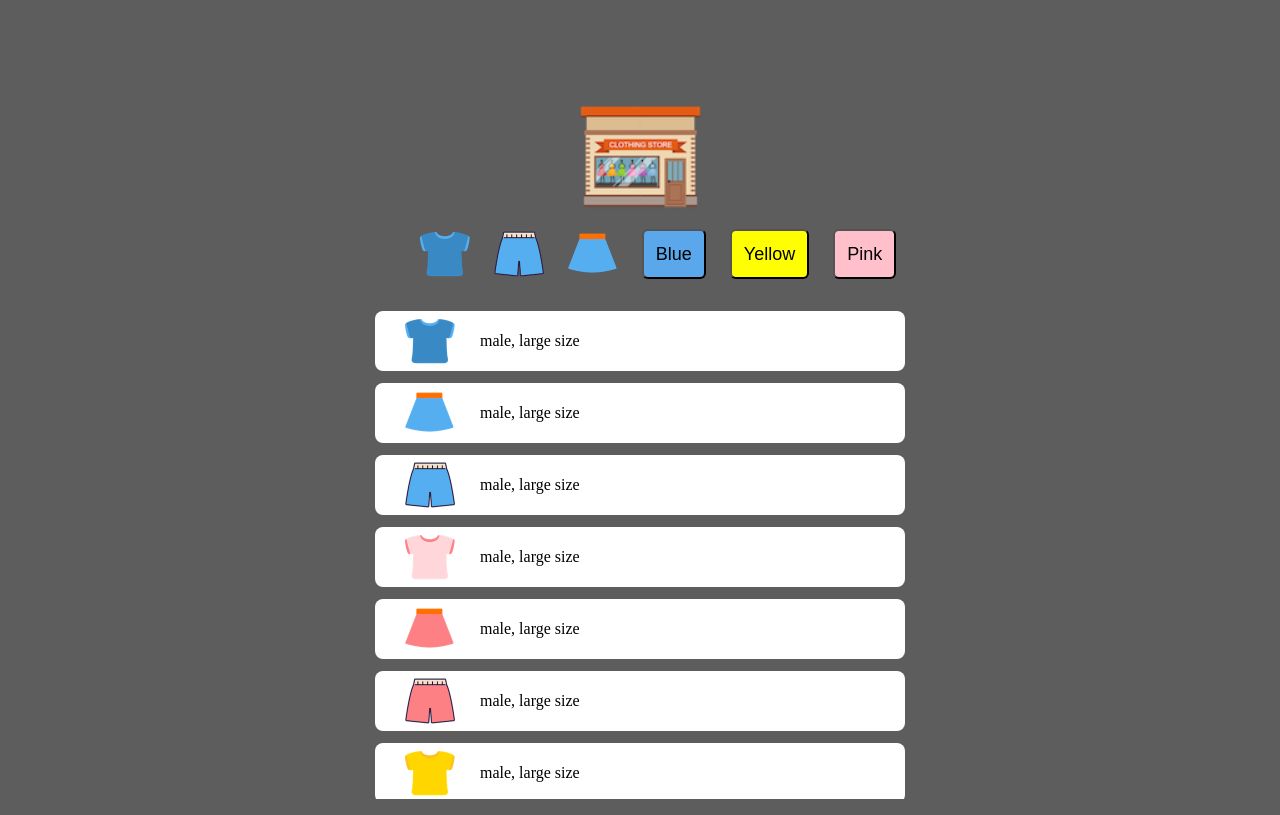
Repository: keehoonjung/Shoppingmall-Game
Page: index.html
These files come from the project's save history. The page is drawn as it stood at one moment and after the next save; the edit follows.
The browser window is 1280 px wide. The pictures show the whole page.
An inner scrolling area shows only its first screen.

Above is the page before, as saved 2021-08-12 19:10:07.

### index.html
<!DOCTYPE html>
<html lang="en">
<head>
    <meta charset="UTF-8">
    <meta http-equiv="X-UA-Compatible" content="IE=edge">
    <meta name="viewport" content="width=device-width, initial-scale=1.0">
    <title>Shoppingamll Game</title>
    <link rel="stylesheet" href="style.css">
    <script src="main.js" defer></script>
</head>
<body>
    <header>
        <img src="./imgs/logo.png" alt="header" class="header__logo">
    </header>
    <ul class="filter">
        <li class="filter__btn">
            <img src="./imgs/blue_t.png" alt="shirt" class="shirt">
        </li>
        <li class="filter__btn">
            <img src="./imgs/blue_p.png" alt="pants" class="pants">
        </li>
        <li class="filter__btn">
            <img src="./imgs/blue_s.png" alt="" class="skirt">
        </li>
        <li class="filter__btn">
            <button class="blue">
                Blue
            </button>
        </li>
        <li class="filter__btn">
            <button class="yellow">
                Yellow
            </button>
        </li>
        <li class="filter__btn">
            <button class="pink">
                Pink
            </button>
        </li>
    </ul>
    <ul class="items">
        <li class="item visible" data-type="shirt" data-color="blue">
            <img src="./imgs/blue_t.png" alt="blueshirt">
            <span>male, large size</span>
        </li>
        <li class="item visible" data-type="skirt" data-color="blue">
            <img src="./imgs/blue_s.png" alt="blueshirt">
            <span>male, large size</span>
        </li>
        <li class="item visible" data-type="pants" data-color="blue">
            <img src="./imgs/blue_p.png" alt="blueshirt">
            <span>male, large size</span>
        </li>
        <li class="item visible" data-type="shirt" data-color="pink">
            <img src="./imgs/pink_t.png" alt="blueshirt">
            <span>male, large size</span>
        </li>
        <li class="item visible" data-type="skirt" data-color="pink">
            <img src="./imgs/pink_s.png" alt="blueshirt">
            <span>male, large size</span>
        </li>
        <li class="item visible" data-type="pants" data-color="pink">
            <img src="./imgs/pink_p.png" alt="blueshirt">
            <span>male, large size</span>
        </li>
        <li class="item visible" data-type="shirt" data-color="yellow">
            <img src="./imgs/yellow_t.png" alt="blueshirt">
            <span>male, large size</span>
        </li>
        <li class="item visible" data-type="skirt" data-color="yellow">
            <img src="./imgs/yellow_s.png" alt="blueshirt">
            <span>male, large size</span>
        </li>
        <li class="item visible" data-type="pants" data-color="yellow">
            <img src="./imgs/yellow_p.png" alt="blueshirt">
            <span>male, large size</span>
        </li>
        <li class="item visible" data-type="shirt" data-color="yellow">
            <img src="./imgs/yellow_t.png" alt="blueshirt">
            <span>male, large size</span>
        </li>
        <li class="item visible" data-type="skirt" data-color="yellow">
            <img src="./imgs/yellow_s.png" alt="blueshirt">
            <span>male, large size</span>
        </li>
        <li class="item visible" data-type="pants" data-color="yellow">
            <img src="./imgs/yellow_p.png" alt="blueshirt">
            <span>male, large size</span>
        </li>
        <li class="item visible" data-type="shirt" data-color="yellow">
            <img src="./imgs/yellow_t.png" alt="blueshirt">
            <span>male, large size</span>
        </li>
        <li class="item visible" data-type="skirt" data-color="yellow">
            <img src="./imgs/yellow_s.png" alt="blueshirt">
            <span>male, large size</span>
        </li>
        <li class="item visible" data-type="pants" data-color="yellow">
            <img src="./imgs/yellow_p.png" alt="blueshirt">
            <span>male, large size</span>
        </li>
    </ul>
</body>
</html>

### style.css
:root {
  /* color */
  --color-white: #ffffff;
  --color-dark-grey: #4d4d4d;
  --color-blue: #73aace;
  --color-orange: #feb546;
  --color-pink: #fd7bcc;

  /* fontsize */
  --font-size: 18px;

  /* animatione */
  --animation-duration: 300ms;

  /* basic space */
  --basic-space: 8px;

  /* border */
  --border-size: 8px;
}

body {
  background-color: rgb(94, 93, 93);
  text-align: center;
  margin: 0;
}

ul {
  list-style: none;
}

button {
  outline: none;
  border-radius: 6px;
  display: inline-block;
  height: 50px;
  padding: 8px 12px;
  font-size: 18px;
  cursor: pointer;
  transition: transform 300ms ease-in;
}

button:hover {
  transform: scale(1.1);
}

header {
  margin-top: 100px;
}

.header__logo {
  width: 125px;
  cursor: pointer;
  transition: transform 300ms ease-in;
}

.header__logo:hover {
  transform: scale(1.1);
}

.filter {
  display: flex;
  justify-content: center;
  margin: 0;
  padding: 0;
  padding-left: 60px;
}

.filter__btn {
  padding-right: 24px;
}

.filter__btn img {
  height: 50px;
  cursor: pointer;
  transition: transform 300ms ease-in;
}

.filter__btn img:hover {
  transform: scale(1.1);
}

.blue {
  background-color: rgb(90, 167, 235);
}

.yellow {
  background-color: yellow;
}

.pink {
  background-color: pink;
}

.items {
  padding: 0;
  overflow-y: auto;
  height: 500px;
}

.item {
  background-color: white;
  margin-bottom: 12px;
  width: 500px;
  height: 60px;
  margin: 12px auto;
  border-radius: 8px;
  display: flex;
  align-items: center;
  padding-left: 30px;
  display: none;
}

.item.visible {
  display: flex;
}

.item img {
  height: 50px;
}

.item span {
  margin-left: 25px;
}

### main.js
"use strict";

const navi = document.querySelector(".filter");
const itemList = document.querySelector(".items");
const allItem = Array.from(document.querySelectorAll(".item"));
const headerLogo = document.querySelector(".header__logo");

headerLogo.addEventListener("click", () => {
  createAll();
});

navi.addEventListener("click", (evnet) => {
  const tag = event.target.tagName;
  const targetName = event.target.classList.value;
  if (tag == "IMG") {
    const items = allItem.filter((item) => item.dataset.type == targetName);
    deleteAll();
    items.forEach((item) => {
      item.classList.add("visible");
    });
  } else if (tag == "BUTTON") {
    const items = allItem.filter((item) => item.dataset.color == targetName);
    deleteAll();
    items.forEach((item) => {
      item.classList.add("visible");
    });
  }
});

function deleteAll() {
  allItem.forEach((item) => {
    item.classList.remove("visible");
  });
}

function createAll() {
  allItem.forEach((item) => {
    item.classList.add("visible");
  });
}

After the next save:
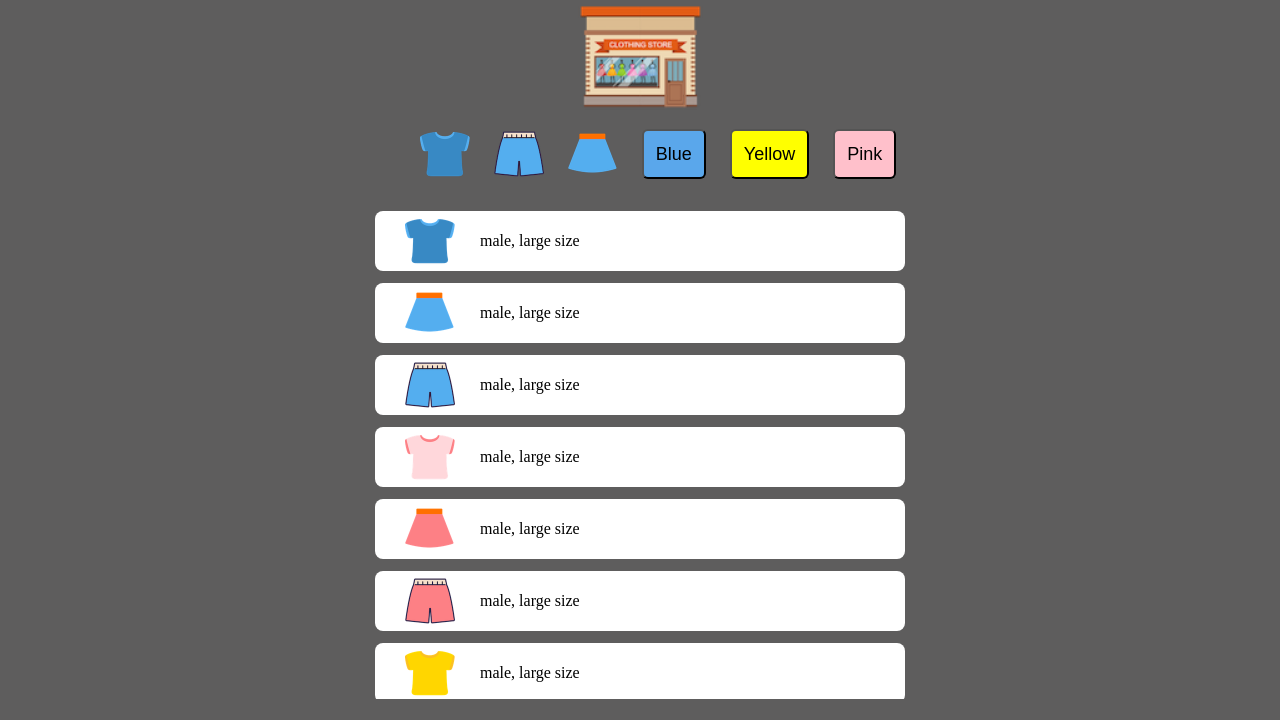
Saved 38 s later.
--- a/index.html
+++ b/index.html
@@ -9,9 +9,7 @@
     <script src="main.js" defer></script>
 </head>
 <body>
-    <header>
-        <img src="./imgs/logo.png" alt="header" class="header__logo">
-    </header>
+    <img src="./imgs/logo.png" alt="header" class="header__logo">
     <ul class="filter">
         <li class="filter__btn">
             <img src="./imgs/blue_t.png" alt="shirt" class="shirt">
